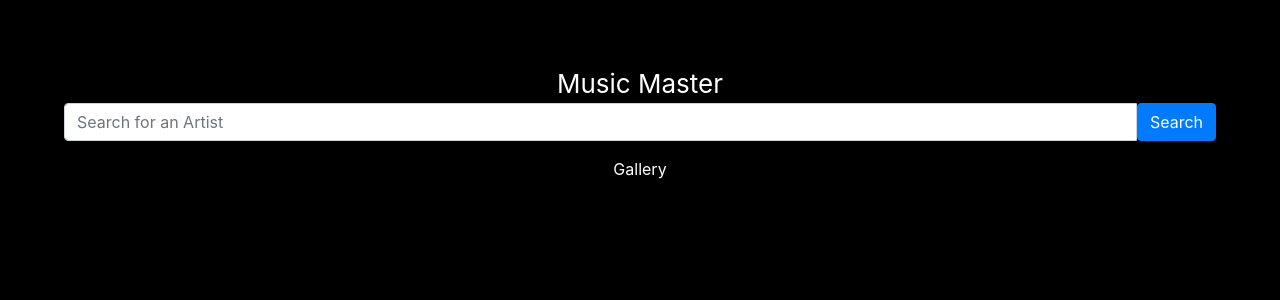
Repository: the-manohar/music
Page: /
These files come from the project's save history. The page is drawn as it stood at one moment and after the next save; the edit follows.
The browser window is 1280 px wide. The pictures show the whole page.
The project was rebuilt for these pictures with package versions that can differ from the ones it lists, and the page was loaded fresh each time.

Above is the page before, as saved 2020-07-19 14:57:15.

### src/App.js
import React, { Component } from "react";
import "./App.css";
import { FormGroup, FormControl, InputGroup, Button } from "react-bootstrap";
import Profile from "./Profile";
class App extends Component {
  constructor(props) {
    super(props);

    this.state = {
      query: "",
      artist: null,
    };
  }

  search() {
    console.log(this.state);
    const BASE_URL = `https://api.spotify.com/v1/search?`;
    const FETCH_URL = `${BASE_URL}q=${this.state.query}&type=artist&limit=1`;
    const token =
      "BQB3k7ZkEP9hWNnSW4khb18DF4wbhcN2rU48Vi0FE6t5W1Q1UALGj1voB2bscGF5wINGAe2pp3v-MN5IULw";
    fetch(FETCH_URL, {
      method: "GET",
      headers: { Authorization: "Bearer " + token },
    })
      .then((res) => res.json())
      .then((json) => {
        console.log(json);
        const artist = json.artists.items[0];
        this.setState({ artist });
      });
  }

  render() {
    return (
      <div className="App">
        <div className="App-title">Music Master</div>
        <FormGroup>
          <InputGroup>
            <FormControl
              type="text"
              placeholder="Search for an Artist"
              value={this.state.query}
              onChange={(e) => this.setState({ query: e.target.value })}
              onKeyPress={(event) => {
                if (event.key === "Enter") {
                  this.search();
                }
              }}
            />
            {/* <InputGroup.Addon>Search</InputGroup.Addon> */}
            <Button onClick={() => this.search()}>Search</Button>
          </InputGroup>
        </FormGroup>
        <Profile artist={this.state.artist} />
        <div className="Gallery">Gallery</div>
      </div>
    );
  }
}

export default App;

### src/App.css
body {
  background: #000;
  color: #fff;
}
.App {
  text-align: center;
  padding: 5%;
}

.App-title {
  font-size: 26px;
}

### src/Profile.js
import React, { Component } from "react";

class Profile extends Component {
  render() {
    let artist = { name: "", followers: { total: "" } };
    if (this.props.artist !== null) {
      artist = this.props.artist;
    }
    return (
      <div>
        <div>{artist.name}</div>
        <div>{artist.followers.total}</div>
      </div>
    );
  }
}

export default Profile;

Loaded but not shown: public/index.html (common file); src/index.js (common file)

After the next save:
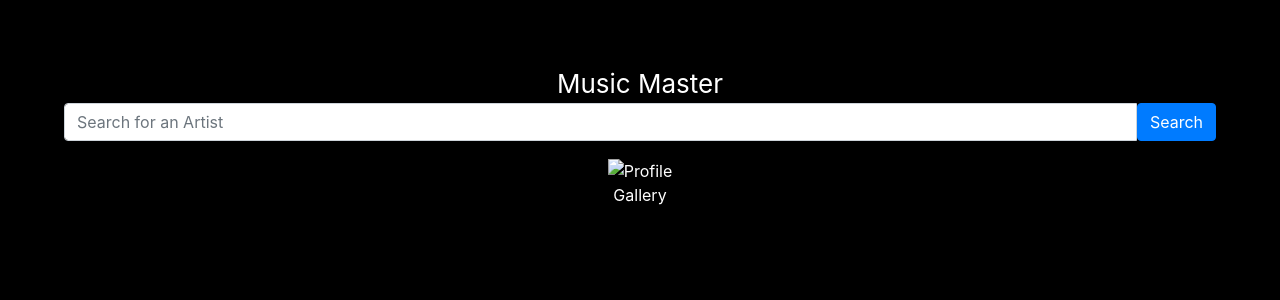
Saved 5 min 12 s later.
--- a/src/Profile.js
+++ b/src/Profile.js
@@ -2,12 +2,11 @@ import React, { Component } from "react";
 
 class Profile extends Component {
   render() {
-    let artist = { name: "", followers: { total: "" } };
-    if (this.props.artist !== null) {
-      artist = this.props.artist;
-    }
+    let artist = { name: "", followers: { total: "" }, images: [{ url: "" }] };
+    artist = this.props.artist !== null ? this.props.artist : artist;
     return (
-      <div>
+      <div className="profile">
+        <img alt="Profile" className="profile-img" src={artist.images[0].url} />
         <div>{artist.name}</div>
         <div>{artist.followers.total}</div>
       </div>
